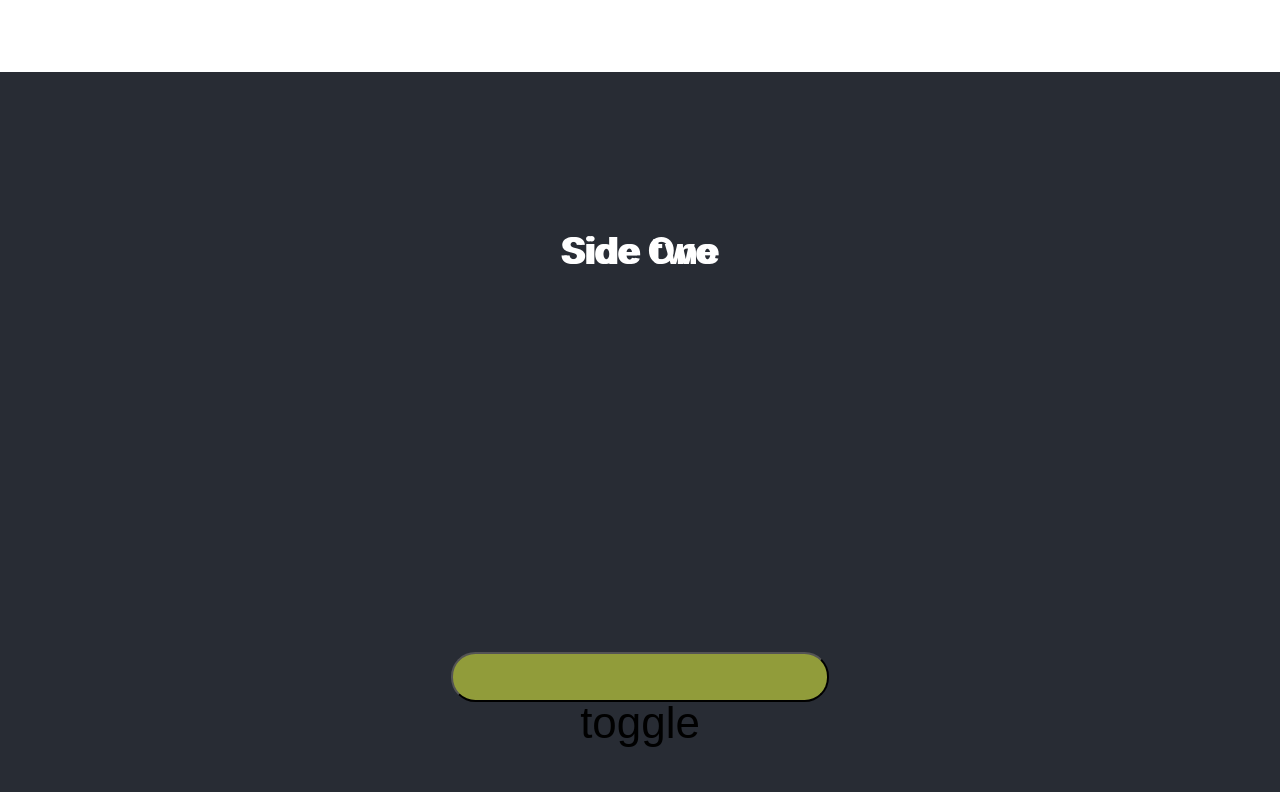
Repository: MikeTroianello/phos-react
Page: /
The author's editor kept a copy of each file at every save. The page is drawn from the files as they stood at one save, then again after a run of saves.
The browser window is 1280 px wide. The pictures show the whole page.
The project was rebuilt for these pictures with package versions that can differ from the ones it lists, and the page was loaded fresh each time.

Above is the page before, as saved 2020-06-02 00:22:45.

After the next 2 saves:
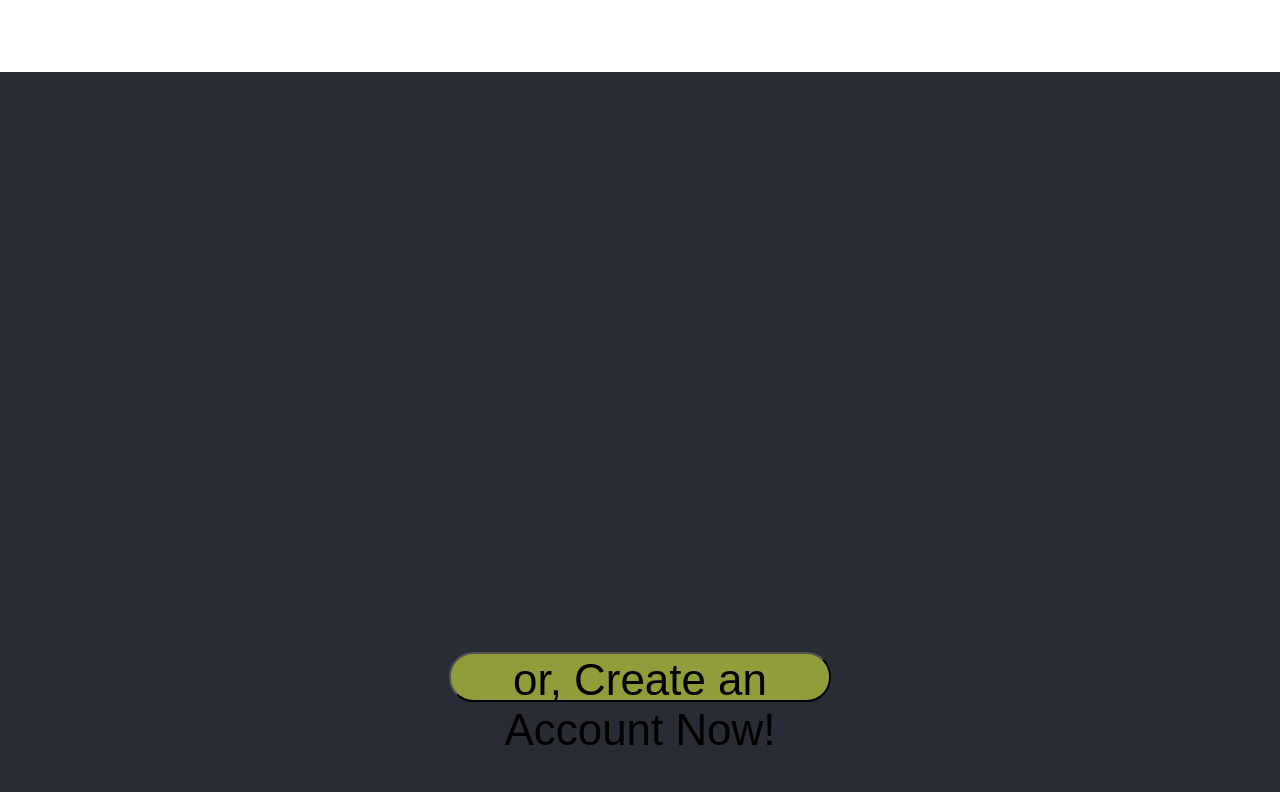
The 2 saves are shown as one change because 1 did not build or start.
The last was saved 36 s later.
--- a/src/components/card/Card.js
+++ b/src/components/card/Card.js
@@ -15,17 +15,13 @@ class Card extends React.Component {
     return (
       <div className='signup-login-container'>
         <section className='container'>
-          <div className='thing'>
-            <div className='front card-div'>
-              <h1>Side One</h1>
-            </div>
-            <div className='back card-div'>
-              <h2>Side two</h2>
-            </div>
+          <div className={thing}>
+            <div className='front card-div'></div>
+            <div className='back card-div'></div>
           </div>
         </section>
-        <button className='create-button'>
-          <p>toggle</p>
+        <button className='create-button' onClick={this.toggle}>
+          {toggle}
         </button>
       </div>
     );
